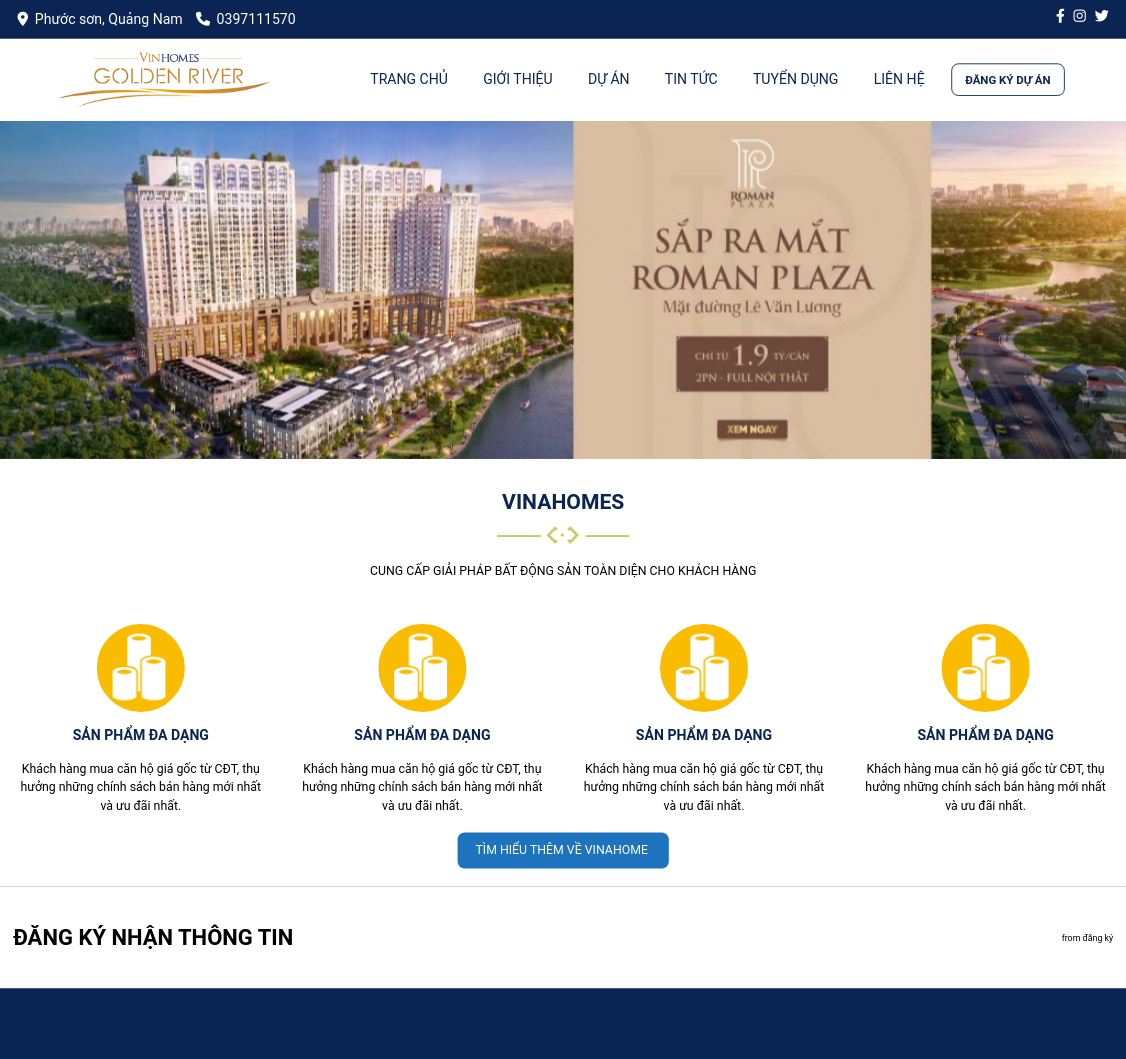
Repository: phamphuc2/fontend-bds
Page: index.html
These files come from the project's save history. The page is drawn as it stood at one moment and after the next save; the edit follows.
The browser window is 1280 px wide. The pictures show the part of the page from y = 0 to 1203 px (the page is 1666 px tall before and 1823 px after), at 88% of full size.
A picture or video elsewhere on the page could not be fetched, so the positions and the page height are approximate. Some web libraries are served in a nearby version.

Above is the page before, as saved 2022-06-08 15:41:20.

### index.html
<!DOCTYPE html>
<html lang="en">

<head>
    <meta charset="UTF-8">
    <meta http-equiv="X-UA-Compatible" content="IE=edge">
    <meta name="viewport" content="width=device-width, initial-scale=1.0">
    <title>BDS</title>
    <!-- linl css -->
    <link rel="stylesheet" href="libs/slick/slick.css">
    <link rel="stylesheet" href="libs/slick/slick-theme.css">
    <link rel="stylesheet" href="./assets/css/bootstrap.css">
    <link rel="stylesheet" href="./assets/css/theme.css">
    <link rel="stylesheet " href="./style.css ">
    <!-- link thư viện -->
    <link rel="stylesheet " href="https://cdnjs.cloudflare.com/ajax/libs/font-awesome/6.1.1/css/all.min.css ">
    <!-- link font -->
    <link rel="preconnect" href="https://fonts.googleapis.com">
    <link rel="preconnect" href="https://fonts.gstatic.com" crossorigin>
    <link href="https://fonts.googleapis.com/css2?family=Roboto+Flex:opsz,wght@8..144,200;8..144,300;8..144,400;8..144,500;8..144,600;8..144,700;8..144,800;8..144,900&display=swap" rel="stylesheet">
</head>

<body>
    <!-- Header -->
    <header class="header">
        <div class="header-top">
            <div class="container">
                <div class="inner">
                    <div class="box-left">
                        <div class="map">
                            <i class="fa-solid fa-location-dot"></i>
                            <span>Phước sơn, Quảng Nam</span>
                        </div>
                        <div class="phone">
                            <i class="fa-solid fa-phone"></i>
                            <span>0397111570</span>
                        </div>
                    </div>
                    <div class="box-right">
                        <ul class="list-info">
                            <li class="item">
                                <a href="">
                                    <i class="fa-brands fa-facebook-f"></i>
                                </a>
                            </li>
                            <li class="item">
                                <a href="">
                                    <i class="fa-brands fa-instagram"></i>
                                </a>
                            </li>
                            <li class="item">
                                <a href="">
                                    <i class="fa-brands fa-twitter"></i>
                                </a>
                            </li>
                        </ul>
                    </div>
                </div>
            </div>
        </div>

        <div class="header-bottom">
            <div class="container">
                <div class="inner">
                    <div class="header-bottom-left">
                        <a href="">
                            <div class="logo">
                                <img src="./assets/images/logo.png" alt="">
                            </div>
                        </a>
                    </div>
                    <div class="header-bottom-right">
                        <ul class="menu">
                            <li>
                                <a href="./index.html">Trang chủ</a>
                            </li>
                            <li>
                                <a href="./about.html">Giới Thiệu</a>
                            </li>
                            <li>
                                <a href="./taxonomy.html">Dự Án</a>
                            </li>
                            <li>
                                <a href="./taxonomy.html">Tin Tức</a>
                            </li>
                            <li>
                                <a href="./blogs.html">Tuyển Dụng</a>
                            </li>
                            <li>
                                <a href="./contact.html">Liên hệ</a>
                            </li>
                        </ul>
                        <div class="btn-project">
                            <a href="">ĐĂNG KÝ DỰ ÁN</a>
                        </div>
                    </div>

                </div>
            </div>
        </div>
    </header>
    <!-- End header -->

    <!-- slide-home -->
    <section class="slide-home">
        <div class="box-slide">
            <div class="box-item">
                <div class="img-wrap">
                    <img src="/assets/images/slide-bg-1.jpg" alt="">
                </div>
                <div class="img-wrap">
                    <img src="./assets/images/slide-bg-2.jpg" alt="">
                </div>
                <div class="img-wrap">
                    <img src="./assets/images/slide-bg-3.jpg" alt="">
                </div>

            </div>
        </div>
        <div class="arrow">
            <a class="arrow-left">
                <i class="fa-solid fa-chevron-left icon-arrow-left"></i>
            </a>
            <a class="arrow-right">
                <i class="fa-solid fa-chevron-right icon-arrow-right"></i>
            </a>
        </div>
    </section>
    <!-- end slide-home -->

    <!-- section vinahome -->
    <section class="vinahome">
        <div class="container">
            <div class="row">
               <div class="col-12">
                    <div class="inner-top">
                        <h2 class="title">VINAHOMES</h2>
                        <div class="is-drive"></div>
                        <p class="desc">CUNG CẤP GIẢI PHÁP BẤT ĐỘNG SẢN TOÀN DIỆN CHO KHÁCH HÀNG</p>
                    </div>
               </div>
               <div class="col-lg-3">
                  <div class="item">
                        <div class="icon">
                            <img src="./assets/images/icon1.png" alt="">
                        </div>
                        <div class="content">
                            <h2 class="title">SẢN PHẨM ĐA DẠNG</h2>
                        <p class="desc">Khách hàng mua căn hộ giá gốc từ CĐT, thụ hưởng những chính sách bán hàng mới nhất và ưu đãi nhất.</p>
                        </div>
                  </div>
               </div>
               <div class="col-lg-3">
                <div class="item">
                      <div class="icon">
                          <img src="./assets/images/icon1.png" alt="">
                      </div>
                      <div class="content">
                          <h2 class="title">SẢN PHẨM ĐA DẠNG</h2>
                      <p class="desc">Khách hàng mua căn hộ giá gốc từ CĐT, thụ hưởng những chính sách bán hàng mới nhất và ưu đãi nhất.</p>
                      </div>
                </div>
             </div>
             <div class="col-lg-3">
                <div class="item">
                      <div class="icon">
                          <img src="./assets/images/icon1.png" alt="">
                      </div>
                      <div class="content">
                          <h2 class="title">SẢN PHẨM ĐA DẠNG</h2>
                      <p class="desc">Khách hàng mua căn hộ giá gốc từ CĐT, thụ hưởng những chính sách bán hàng mới nhất và ưu đãi nhất.</p>
                      </div>
                </div>
             </div>
             <div class="col-lg-3">
                <div class="item">
                      <div class="icon">
                          <img src="./assets/images/icon1.png" alt="">
                      </div>
                      <div class="content">
                          <h2 class="title">SẢN PHẨM ĐA DẠNG</h2>
                      <p class="desc">Khách hàng mua căn hộ giá gốc từ CĐT, thụ hưởng những chính sách bán hàng mới nhất và ưu đãi nhất.</p>
                      </div>
                </div>
             </div>
            <div class="col-12">
                <div class="btn-learn-about">
                    <a href="">
                        TÌM HIỂU THÊM VỀ VINAHOME
                        <svg width="30" height="8" viewBox="0 0 30 8" fill="none" xmlns="http://www.w3.org/2000/svg">
                            <path d="M29.3536 4.35355C29.5488 4.15829 29.5488 3.84171 29.3536 3.64645L26.1716 0.464466C25.9763 0.269204 25.6597 0.269204 25.4645 0.464466C25.2692 0.659728 25.2692 0.976311 25.4645 1.17157L28.2929 4L25.4645 6.82843C25.2692 7.02369 25.2692 7.34027 25.4645 7.53553C25.6597 7.7308 25.9763 7.7308 26.1716 7.53553L29.3536 4.35355ZM0 4.5H29V3.5H0V4.5Z" fill="#fff"></path>
                        </svg>
                    </a>

                </div>
            </div>

            </div>
        </div>
    </section>

    <!-- end section vinahome -->


    <!-- footer -->
    <footer class="footer">
        <div class="footer-top">
            <div class="container">
                <div class="item">
                    <div class="title">ĐĂNG KÝ NHẬN THÔNG TIN</div>
                    <div class="from">
                        from đăng ký
                    </div>
                </div>
            </div>
        </div>
        <div class="footer-main">
            <div class="container">
                <div class="row">
                    <div class="col-md-6 col-lg-3">
                        <div class="footer-info">
                            <span class="title">THÔNG TIN LIÊN HỆ</span>
                            <ul class="box-info">
                                <li class="item">
                                    <i class="fa-solid fa-location-dot icon-footer"></i>
                                    <a href="" class="text">Phước Sơn, Quảng Nam</a>
                                </li>
                                <li class="item">
                                    <i class="fa-solid fa-phone icon-footer"></i>
                                    <a href="" class="text">0397111570</a>
                                </li>
                                <li class="item">
                                    <i class="fa-solid fa-envelope-open-text icon-footer"></i>
                                    <a href="" class="text">mac.convstar@gmail.com</a>
                                </li>
                                <li class="item">
                                    <i class="fa-brands fa-skype icon-footer"></i>
                                    <a href="" class="text">phamphuc</a>
                                </li>
                            </ul>
                        </div>
                    </div>
                    <div class="col-md-6 col-lg-3">
                        <div class="box-link">
                            <span class="title">LIÊN KẾT</span>
                            <ul class="item-link">
                                <li class="item">
                                    <a href="">Giới thiệu</a>
                                </li>
                                <li class="item">
                                    <a href="">Đồng hồ nam</a>
                                </li>
                                <li class="item">
                                    <a href="">Đồng hồ nữ</a>
                                </li>
                                <li class="item">
                                    <a href="">Blogs</a>
                                </li>
                                <li class="item">
                                    <a href="">Liên hệ</a>
                                </li>
                            </ul>
                        </div>
                    </div>
                    <div class="col-md-6 col-lg-3">
                        <div class="box-link">
                            <span class="title">HỖ TRỢ KHÁCH HÀNG</span>
                            <ul class="item-link">
                                <li class="item">
                                    <a href="">Hướng dẫn mua hàng</a>
                                </li>
                                <li class="item">
                                    <a href="">Hướng dẫn thanh toán</a>
                                </li>
                                <li class="item">
                                    <a href="">Chính sách bảo hành</a>
                                </li>
                                <li class="item">
                                    <a href="">Chính sách đổi trả</a>
                                </li>
                                <li class="item">
                                    <a href="">Tư vấn khách hàng</a>
                                </li>
                            </ul>
                        </div>
                    </div>
                    <div class="col-md-6 col-lg-3">
                        <div class="footer-social">
                            <span class="title">PP STORE ON SOCIAL</span>
                            <ul class="box-social">
                                <li class="item-social">
                                    <a href="">
                                        <i class="fa-brands fa-facebook-f icon-social"></i>
                                    </a>
                                </li>
                                <li class="item-social">
                                    <a href="">
                                        <i class="fa-brands fa-instagram icon-social"></i>
                                    </a>
                                </li>
                                <li class="item-social">
                                    <a href="">
                                        <i class="fa-brands fa-twitter icon-social"></i>
                                    </a>
                                </li>
                                <li class="item-social">
                                    <a href="">
                                        <i class="fa-solid fa-rss icon-social"></i>
                                    </a>
                                </li>
                                <li class="item-social">
                                    <a href="">
                                        <i class="fa-brands fa-linkedin-in icon-social"></i>
                                    </a>
                                </li>
                            </ul>
                            <span class="title">CHỨNG NHẬN PP STORE</span>
                            <div class="footer-vn_registered">
                                <img src="./assets/images/chungnhan.png" alt="">
                            </div>
                        </div>
                    </div>
                </div>
            </div>
        </div>
        <div class="footer-bottom">
            <div class="container">
                <div class="copy-right">© Bản quyền thuộc về . Thiết kế website PP Store </div>
            </div>
        </div>
    </footer>
    <!-- footer -->








    <script src="./assets/js/jquery.min.js"></script>
    <script src="libs/slick/slick.min.js"></script>
    <script src="./assets/js/theme.js"></script>
</body>

</html>

### style.css
/*!
    Theme Name: ppstore
    Theme URI: https://ppstore.vn
    Author: Sticky.vn
    Author URI: https://ppstore.vn
    Description: Website duoc thiet ke boi ppstore
    Version: 1.0.0
    License: GNU General Public License v2 or later
    License URI: LICENSE
    Text Domain: ppstore
*/


/*
|--------------------------------------------------------------------------
| Theme CSS
|--------------------------------------------------------------------------
|
| About author: https://ppstore.vn/
|
*/

:root {
    --primary-color: #EDD54B;
    --btn-color: #78944F;
    --background-main: #E5E5E5;
    --white-color: #ffffff;
    --dark-color: #373737;
    --gray-color: #D3D3D3;
    --gray-color-2: #F2F2F2;
    --text-color: #000;
    --border-color: #5A6B31;
    --font-family: 'Roboto', sans-serif;
    --border-radius: 8px;
}

.container {
    width: 1400px;
    max-width: 100%;
    margin: 0 auto;
    padding-left: 15px;
    padding-right: 15px;
}

html {
    font-family: var(--font-family);
    font-size: 62.5%;
    /*tương đương 10px*/
    line-height: 1.5;
    background-color: var(--white-color);
    overflow-x: hidden;
}

h1,
h2,
h3,
h4,
h5,
h6,
strong {
    font-family: var(--font-family), sans-serif;
    font-weight: bold;
}

ul,
ol {
    list-style: none;
}

a {
    color: var(--text-color);
    text-decoration: none;
    transition: all .3s ease-in-out;
    -webkit-transition: all .3s ease-in-out;
}

img {
    width: 100%;
    height: auto;
    object-fit: cover;
    transition: all .3s ease-in-out;
    -webkit-transition: all .3s ease-in-out;
}

.img-wrap {
    position: relative;
    height: auto;
    overflow: hidden;
    background-position: 50% 50%;
    background-size: cover;
    padding-top: 56.25%;
}

.img-wrap img {
    display: inline-block;
    vertical-align: middle;
    max-width: 100%;
    transform: translateZ(0);
    margin: 0 auto;
    right: 0;
    width: 100%;
    height: 100%;
    bottom: 0;
    left: 0;
    top: 0;
    position: absolute;
    object-position: 50% 50%;
    object-fit: cover;
}

.block-title {
    width: 80%;
    margin: 0 auto;
    margin-bottom: 32px
}

.block-title .title {
    font-family: var(--font-family);
    font-weight: 400;
    font-size: 3.2rem;
    line-height: 31px;
    color: var(--text-color);
    text-transform: uppercase;
}

.text-center {
    text-align: center;
}

.bg-image {
    background-repeat: no-repeat;
    background-position: center;
    background-size: cover;
}

.d-flex_align-center {
    display: flex;
    align-items: center;
}

.grid {
    display: flex;
    flex-wrap: wrap;
    margin-left: -20px;
}

.grid-item {
    padding-left: -20px;
}

.btn,
button {
    background: transparent;
    border: none;
    font-size: 1.4rem;
    outline: none;
}

.btn-border {
    border: 1px solid var(--border-color);
    border-radius: 8px;
    color: var(--border-color);
    font-weight: 500;
}

.section {
    padding: 40px 0;
}


/* Responsive */

@media screen and (max-width: 991px) {}

@media screen and (max-width: 767px) {}


/* End Responsive */

Loaded but not shown: libs/slick/slick.css (common file); libs/slick/slick-theme.css (library); assets/css/bootstrap.css (library); assets/js/jquery.min.js (library); libs/slick/slick.min.js (library); assets/js/theme.js (88 lines, source omitted); assets/css/theme.css (401 lines, source omitted)

After the next save:
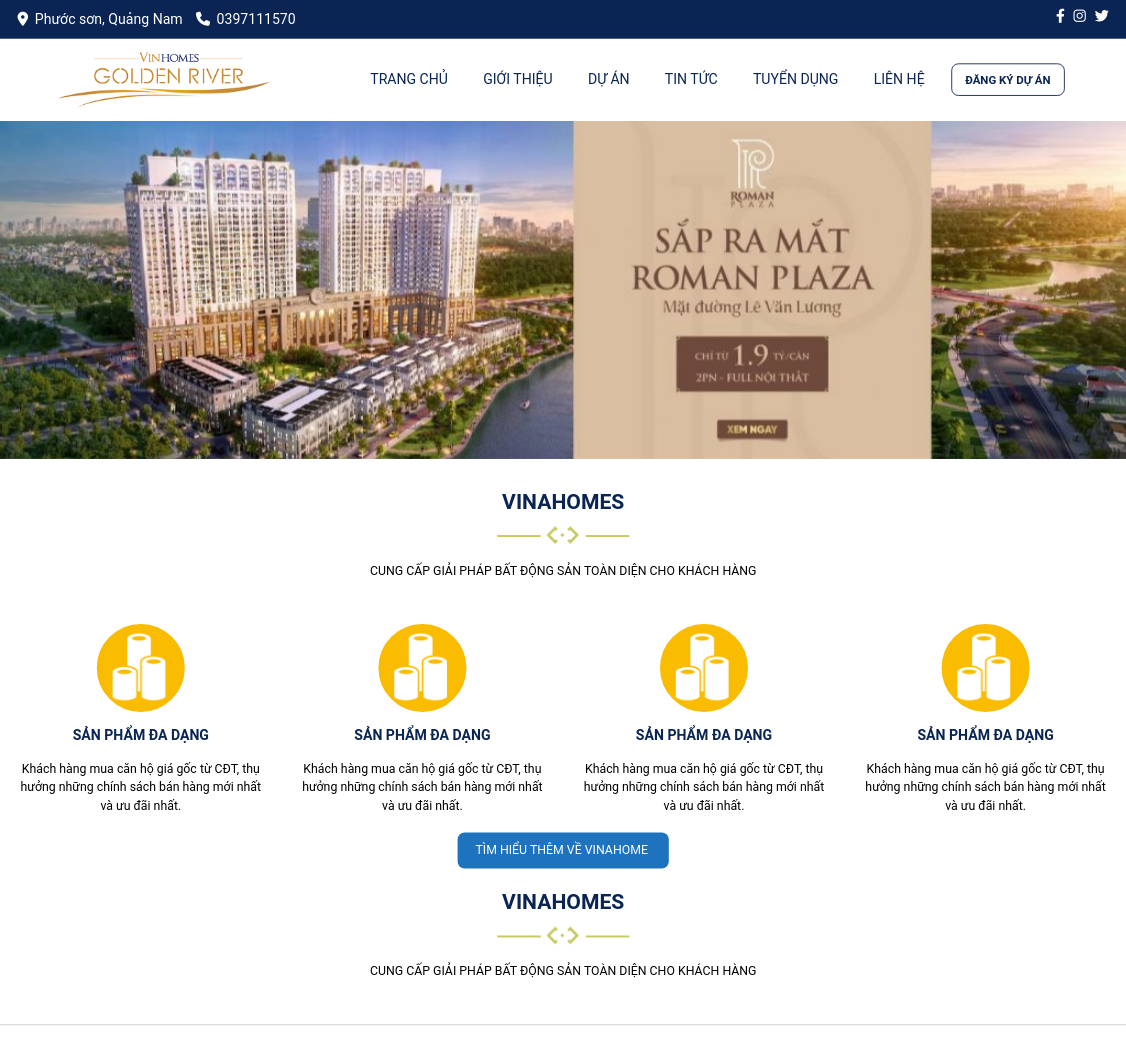
Saved 80 s later.
--- a/index.html
+++ b/index.html
@@ -198,10 +198,23 @@
             </div>
         </div>
     </section>
-
     <!-- end section vinahome -->
 
-
+    <!-- section project -->
+        <section class="project">
+            <div class="container">
+                <div class="row">
+                    <div class="col-12">
+                        <div class="inner-top">
+                            <h2 class="title">VINAHOMES</h2>
+                            <div class="is-drive"></div>
+                            <p class="desc">CUNG CẤP GIẢI PHÁP BẤT ĐỘNG SẢN TOÀN DIỆN CHO KHÁCH HÀNG</p>
+                        </div>
+                   </div>
+                </div>
+            </div>
+        </section>
+    <!-- end section project -->
     <!-- footer -->
     <footer class="footer">
         <div class="footer-top">
